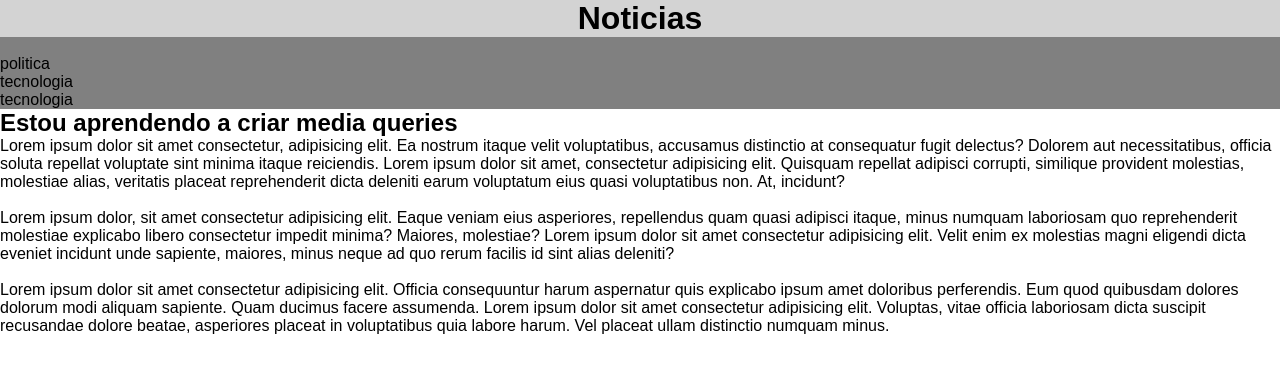
Repository: Lucianorodriguesdev/cursoHTML-CSS
Page: ex026/mq001/index.html
These files come from the project's save history. The page is drawn as it stood at one moment and after the next save; the edit follows.
The browser window is 1280 px wide. The pictures show the whole page.

Above is the page before, as saved 2026-07-13 17:15:59.

### ex026/mq001/index.html
<!DOCTYPE html>
<html lang="en">
<head>
    <meta charset="UTF-8">
    <meta name="viewport" content="width=device-width, initial-scale=1.0">
    <link rel="stylesheet" href="estilo/tela.css" media="screen"> <!--Se quisesse aplicar para todos ao inves de screen seria "all"-->
    <link rel="stylesheet" href="estilo/impressao.css" media="print">
    <title>Media Queries</title>
</head>
<body>
    <header>
        <h1>Noticias</h1>
        <menu>
            <ul>
                <li></li>
                <li>politica</li>
                <li>tecnologia</li>
                <li>tecnologia</li>
            </ul>
        </menu>

    </header>
    <main>
        <article>
            <h2>Estou aprendendo a criar media queries</h2>
            <p>Lorem ipsum dolor sit amet consectetur, adipisicing elit. Ea nostrum itaque velit voluptatibus, accusamus distinctio at consequatur fugit delectus? Dolorem aut necessitatibus, officia soluta repellat voluptate sint minima itaque reiciendis. Lorem ipsum dolor sit amet, consectetur adipisicing elit. Quisquam repellat adipisci corrupti, similique provident molestias, molestiae alias, veritatis placeat reprehenderit dicta deleniti earum voluptatum eius quasi voluptatibus non. At, incidunt?</p>
            <br>
            <p>Lorem ipsum dolor, sit amet consectetur adipisicing elit. Eaque veniam eius asperiores, repellendus quam quasi adipisci itaque, minus numquam laboriosam quo reprehenderit molestiae explicabo libero consectetur impedit minima? Maiores, molestiae?
                Lorem ipsum dolor sit amet consectetur adipisicing elit. Velit enim ex molestias magni eligendi dicta eveniet incidunt unde sapiente, maiores, minus neque ad quo rerum facilis id sint alias deleniti?
            </p>
            <br>
            <p>
                Lorem ipsum dolor sit amet consectetur adipisicing elit. Officia consequuntur harum aspernatur quis explicabo ipsum amet doloribus perferendis. Eum quod quibusdam dolores dolorum modi aliquam sapiente. Quam ducimus facere assumenda. Lorem ipsum dolor sit amet consectetur adipisicing elit. Voluptas, vitae officia laboriosam dicta suscipit recusandae dolore beatae, asperiores placeat in voluptatibus quia labore harum. Vel placeat ullam distinctio numquam minus.

            </p>
        </article>
    </main>
</body>
</html>

### ex026/mq001/estilo/tela.css
@charset "UTF-8";

/* Estilo para telas */
*{
    margin: 0px;
    padding: 0px;
}
html{
    font-family: Arial, Helvetica, sans-serif;
    font-size: 1em;
}
header{
    background-color: lightgray;
}
header h1{
    text-align: center;
}
menu ul{
    background-color: grey;
}

### ex026/mq001/estilo/impressao.css
@charset "UTF-8";

/* Estilo para impressao */
*{
    margin: 10px;
    padding: 10px;
}
html{
    font-family: 'Courier New', Courier, monospace;
    font-size: 1.5em;
    line-height: 1.5em;
}
menu{
    display: none;
}
article::after{
    content: 'Esse artigo foi impresso atraves do site www.cursoemvideo.com';
}

After the next save:
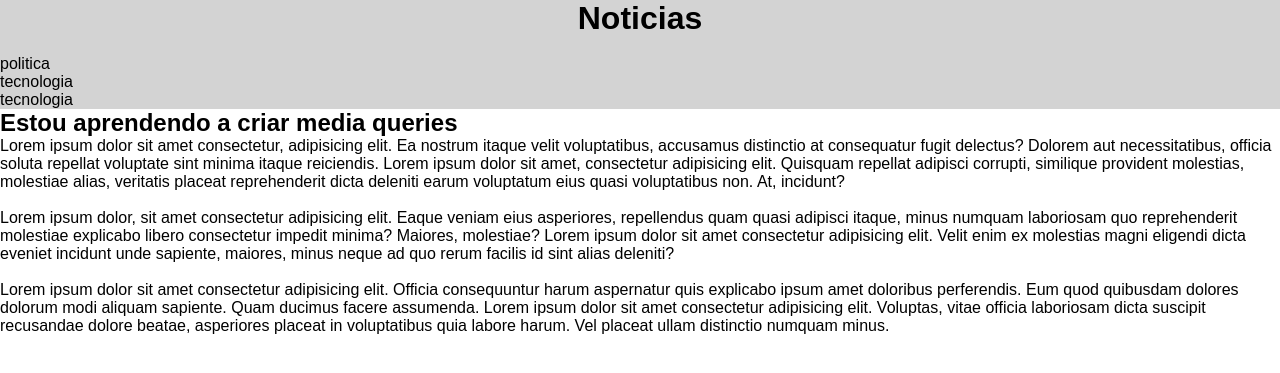
Saved 29 s later.
--- a/ex026/mq001/estilo/tela.css
+++ b/ex026/mq001/estilo/tela.css
@@ -16,5 +16,5 @@ header h1{
     text-align: center;
 }
 menu ul{
-    background-color: grey;
+    style-type: none;
 }
